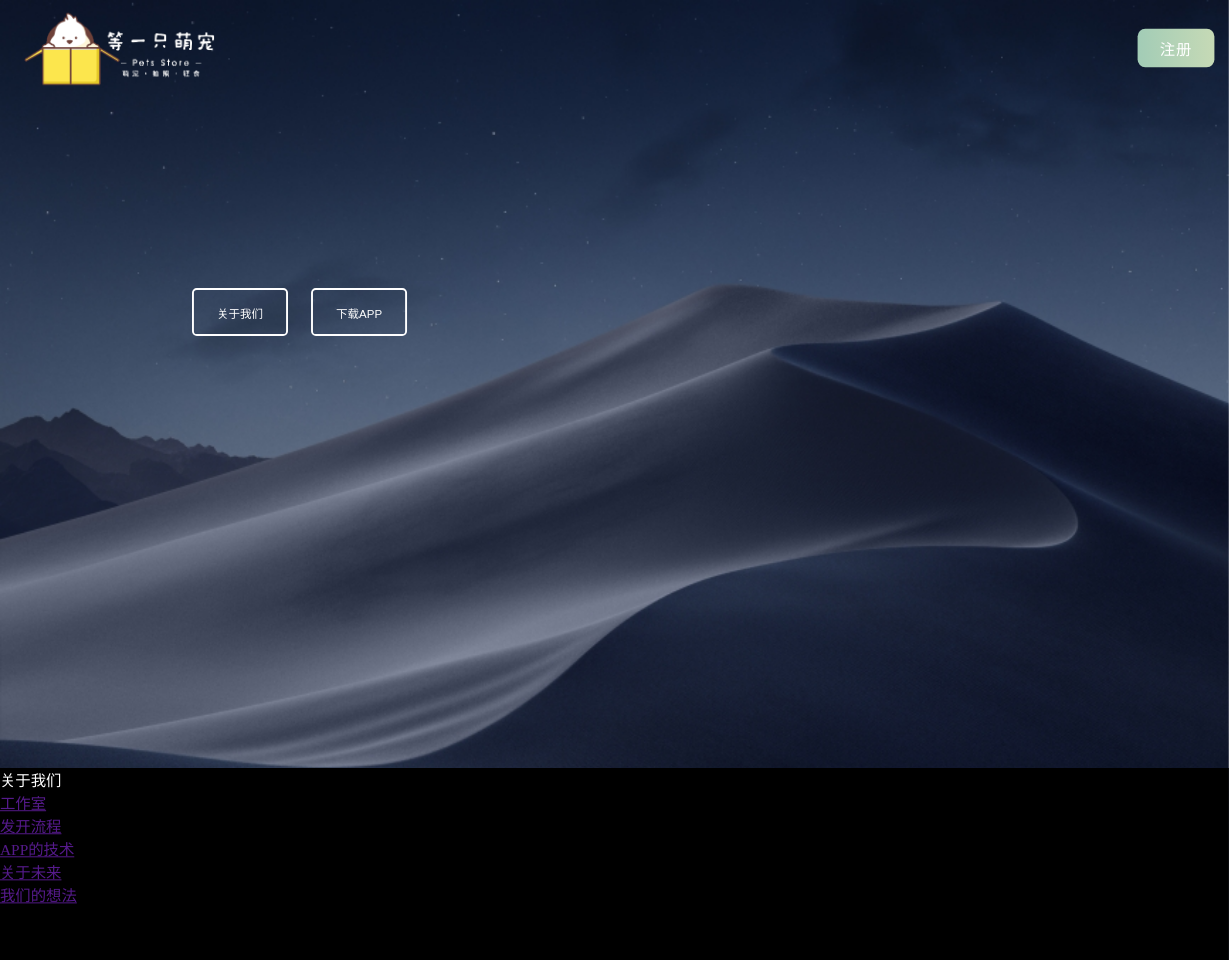
Repository: CHENCHAHA/app-
Page: index.html
An editor plug-in stored every save of this project. The page is shown before and after the next save, followed by the edit.
The browser window is 1280 px wide. The pictures show the whole page, at 96% of full size.

Above is the page before, as saved 2022-02-20 17:09:35.

### index.html
<!DOCTYPE html>
<html lang="en">

<head>
    <meta charset="UTF-8">
    <meta name="viewport" content="width=device-width, initial-scale=1, maximum-scale=1, user-scalable=no">
    <title>等一只萌宠-您的萌宠社区</title>
    <link rel="shortcut icon" href="img/logoico.ico" />
    <link rel="stylesheet" href="/css/index.css">
    <script src="/js/index.js"></script>
</head>

<body>
    <div class="fu">
        <div class="zi">
            <div class="header">
                <!-- logo部分 -->
                <div class="logo"><img src="/img/logo_index.png" alt=""></div>
                <button>注册</button>
            </div>
            <div class="xiazai">
                <button>关于我们</button>
                <button>下载APP</button>
            </div>
            <div class="chahua">
                <!-- <img src="/img/大傻狗狗.png" alt="" class="gou"> -->
                <!--  <img src="/img/对话场景.png" alt="" class="duihua"> -->
                <!--  <img src="/img/扑倒猫.png" alt="" class="mao">
            <img src="/img/星球 (1).png" alt="" class="duihua">
            <img src="/img/羊羊-01-01.png" alt="" class="yang"> -->
            </div>
            <div class="di">
                <div class="zuo">
                    <dl>
                        <dt>关于我们</dt>
                        <a href="">
                            <dd>工作室</dd>
                        </a>
                        <a href="">
                            <dd>发开流程</dd>
                        </a>
                        <a href="">
                            <dd>APP的技术</dd>
                        </a>
                        <a href="">
                            <dd>关于未来</dd>
                        </a>
                        <a href="">
                            <dd>我们的想法</dd>
                        </a>
                    </dl>
                </div>
            </div>
        </div>

    </div>

</body>


</html>

### css/index.css
@import url("https://fonts.googleapis.com/css?family=Raleway:500");
@import url("https://fonts.googleapis.com/css?family=Open+Sans:800");
* {
    margin: 0;
    padding: 0;
}

.header {
    height: 100px;
    width: 100%;
}

.fu {
    width: 100%;
}

.zi {
    width: calc(100%+20px);
}

body {
    -ms-overflow-style: none;
    scrollbar-width: none;
    position: relative;
    background: url(/img/bac.jpg) no-repeat;
    background-size: cover;
}

body::-webkit-scrollbar {
    display: none;
}

.logo {
    float: left;
    width: 250px;
    height: 100px;
}

.logo img {
    width: 100%;
    height: 100%;
}

.header button {
    float: right;
    -webkit-appearance: none;
    background: -webkit-gradient(to right, #a2ccb6 0%, #fceeb5 50%, #ee786e 100%);
    background: linear-gradient(to right, #a2ccb6 0%, #fceeb5 50%, #ee786e 100%);
    background-size: 500%;
    border: none;
    border-radius: .5rem;
    color: #fff;
    cursor: pointer;
    font: 1em Raleway, sans-serif;
    -webkit-font-smoothing: antialiased;
    -moz-osx-font-smoothing: grayscale;
    height: 40px;
    letter-spacing: 0.05em;
    outline: none;
    -webkit-tap-highlight-color: transparent;
    -webkit-user-select: none;
    -moz-user-select: none;
    -ms-user-select: none;
    user-select: none;
    width: 80px;
    margin-top: 30px;
    margin-right: 15px;
}

.headerbutton:hover {
    animation-name: gradient;
    -webkit-animation-name: gradient;
    animation-duration: 2s;
    -webkit-animation-duration: s;
    animation-iteration-count: 1;
    -webkit-animation-iteration-count: 1;
    animation-fill-mode: forwards;
    -webkit-animation-fill-mode: forwards;
}

@keyframes gradient {
    0% {
        background-position: 0% 50%;
    }
    100% {
        background-position: 100%;
    }
}

.jiaohu {
    margin-top: 200px;
}

@media screen and (max-width:750px) {
    body {
        background: url(/img/shoujibac.jpg) no-repeat;
        background-size: cover;
    }
    .logo {
        float: left;
        width: 180px;
        height: 70px;
        margin-left: -10px;
    }
    .header button {
        width: 70px;
        height: 30px;
        margin-top: 22px;
        font-size: 12px;
    }
}

.xiazai {
    position: absolute;
    top: 300PX;
    left: 200PX;
}

.chahua .duihua {
    position: absolute;
    top: 150px;
    left: 800px;
}

.yang {
    width: 200px;
    height: 200px;
    position: absolute;
    top: 150px;
    left: 730px;
}

.mao {
    width: 200px;
    height: 200px;
    position: absolute;
    top: 105px;
    left: 1210px;
}

.gou {
    width: 200px;
    height: 200px;
    position: absolute;
    top: 470px;
    left: 980px;
}

.duihua {
    width: 500px;
    height: 500px;
}

.xiazai button {
    width: 100px;
    height: 50px;
    border: 2px solid #FFF;
    font-size: 12px;
    text-align: center;
    line-height: 50px;
    border-radius: 5px;
    background: none;
    color: #fff;
    margin-right: 20px;
}

.xiazai button:hover {
    color: #f27506;
    background-color: #fff;
}

.di {
    height: 200px;
    background-color: black;
    margin-top: 700px;
}

.zuo {
    color: #FFF;
}

Loaded but not shown: js/index.js (no stored copy; drawn as an empty file)

After the next save:
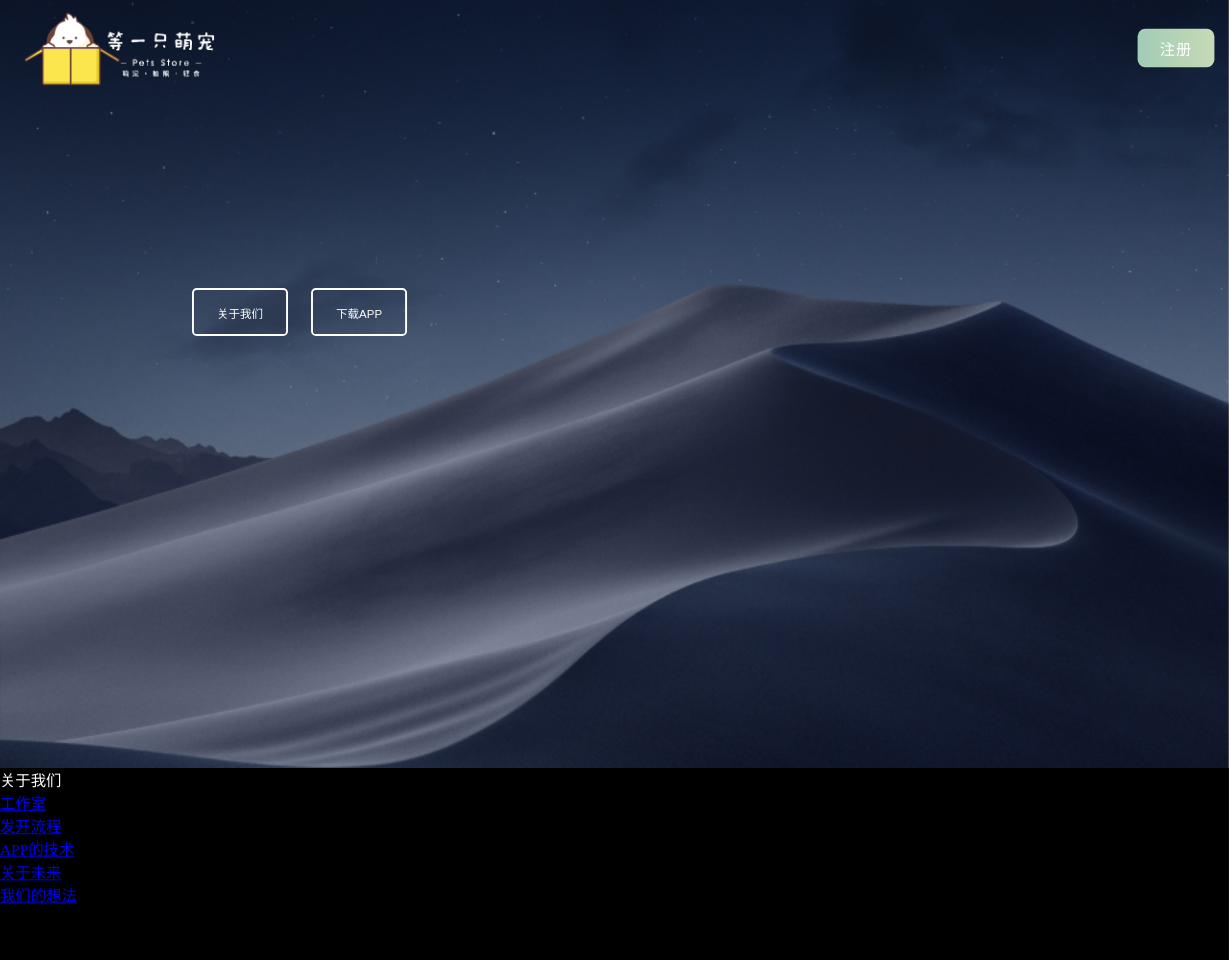
Saved 24 s later.
--- a/index.html
+++ b/index.html
@@ -33,19 +33,19 @@
                 <div class="zuo">
                     <dl>
                         <dt>关于我们</dt>
-                        <a href="">
+                        <a href="#">
                             <dd>工作室</dd>
                         </a>
-                        <a href="">
+                        <a href="#">
                             <dd>发开流程</dd>
                         </a>
-                        <a href="">
+                        <a href="#">
                             <dd>APP的技术</dd>
                         </a>
-                        <a href="">
+                        <a href="#">
                             <dd>关于未来</dd>
                         </a>
-                        <a href="">
+                        <a href="#">
                             <dd>我们的想法</dd>
                         </a>
                     </dl>
